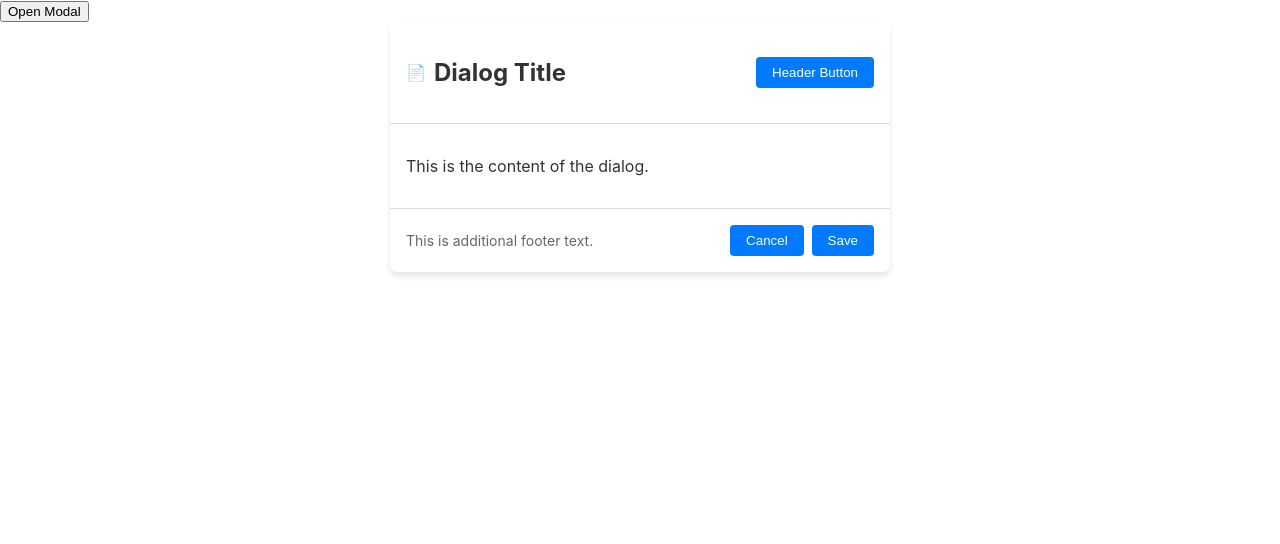
Repository: OliverKostic/dialog-app
Page: /, after clicking the first element matching `button`
The author's editor kept a copy of each file at every save. The page is drawn from the files as they stood at one save, then again after the next save.
The browser window is 1280 px wide. The pictures show the whole page.
The project was rebuilt for these pictures with package versions that can differ from the ones it lists, and the page was loaded fresh each time.

Above is the page before, as saved 2024-11-28 12:07:40.

### src/App.tsx
import React, { useState } from 'react';
import Modal from './components/Modal/Modal';
import Button from './components/Modal/Button';

const App: React.FC = () => {
  const [isOpen, setIsOpen] = useState(false);

  const openModal = () => setIsOpen(true);
  const closeModal = () => setIsOpen(false);

  return (
    <div>
      <button onClick={openModal}>Open Modal</button>
      {isOpen && (
        <Modal
          title="Dialog Title"
          icon={<span>📄</span>}
          headerButtons={[<Button label="Header Button" onClick={() => alert('Header clicked!')} />]}
          footerButtons={[
            <Button label="Cancel" onClick={closeModal} />,
            <Button label="Save" onClick={() => alert('Saved!')} />,
          ]}
          description="This is additional footer text."
        >
          <p>This is the content of the dialog.</p>
        </Modal>
      )}
    </div>
  );
};

export default App;

### src/components/Modal/Modal.tsx
import React from 'react';
import Header from './Header';
import Footer from './Footer';
import Content from './Content';
import styles from './Modal.module.scss';

interface ModalProps {
  title: string;
  icon?: React.ReactNode;
  footerButtons?: React.ReactNode[];
  headerButtons?: React.ReactNode[];
  description?: string;
  children: React.ReactNode;
}

const Modal: React.FC<ModalProps> = ({
  title,
  icon,
  footerButtons,
  headerButtons,
  description,
  children,
}) => {
  return (
    <div className={styles.modal}>
      <Header title={title} icon={icon} buttons={headerButtons} />
      <Content>{children}</Content>
      <Footer buttons={footerButtons} description={description} />
    </div>
  );
};

export default Modal;

### src/components/Modal/Button.tsx
import React from 'react';
import styles from './Modal.module.scss';

interface ButtonProps {
  label: string;
  onClick: () => void;
}

const Button: React.FC<ButtonProps> = ({ label, onClick }) => {
  return (
    <button className={styles.button} onClick={onClick}>
      {label}
    </button>
  );
};

export default Button;

### src/components/Modal/Header.tsx
import React from 'react';
import styles from './Modal.module.scss';

interface HeaderProps {
  title: string;
  icon?: React.ReactNode;
  buttons?: React.ReactNode[];
}

const Header: React.FC<HeaderProps> = ({ title, icon, buttons }) => {
  return (
    <div className={styles.header}>
      {icon && <div className={styles.icon}>{icon}</div>}
      <h2>{title}</h2>
      <div className={styles.buttons}>
        {buttons?.map((button, index) => (
          <span key={index}>{button}</span>
        ))}
      </div>
    </div>
  );
};

export default Header;

### src/components/Modal/Footer.tsx
import React from 'react';
import styles from './Modal.module.scss';

interface FooterProps {
  buttons?: React.ReactNode[];
  description?: string; // Optional descriptive text in the footer
}

const Footer: React.FC<FooterProps> = ({ buttons, description }) => {
  return (
    <div className={styles.footer}>
      {description && <div className={styles.description}>{description}</div>}
      <div className={styles.buttons}>
        {buttons?.map((button, index) => (
          <span key={index}>{button}</span>
        ))}
      </div>
    </div>
  );
};

export default Footer;

### src/components/Modal/Content.tsx
import React from 'react';
import styles from './Modal.module.scss';

interface ContentProps {
  children: React.ReactNode;
}

const Content: React.FC<ContentProps> = ({ children }) => {
  return <div className={styles.content}>{children}</div>;
};

export default Content;

### src/components/Modal/Modal.module.scss
// Variables
$modal-bg: #ffffff;
$modal-shadow: 0 4px 6px rgba(0, 0, 0, 0.1);
$primary-color: #007bff;
$text-color: #333;

// Modal Container
.modal {
  width: 500px;
  margin: 0 auto;
  background-color: $modal-bg;
  border-radius: 8px;
  box-shadow: $modal-shadow;
  overflow: hidden;
  display: flex;
  flex-direction: column;
}

// Header
.header {
  padding: 16px;
  display: flex;
  align-items: center;
  justify-content: space-between;
  border-bottom: 1px solid #ddd;

  .icon {
    margin-right: 8px;
  }

  h2 {
    flex-grow: 1;
    color: $text-color;
  }

  .buttons {
    display: flex;
    gap: 8px;
  }
}

// Content
.content {
  padding: 16px;
  color: $text-color;
}

// Footer
.footer {
    display: flex;
    justify-content: space-between; /* Align description on the left and buttons on the right */
    align-items: center; /* Center the text and buttons vertically */
    padding: 16px;
    border-top: 1px solid #ddd;

    .description {
      font-size: 14px;
      color: #666; /* Optional: Add a lighter color for distinction */
      margin-right: 16px; /* Space between the description and buttons */
    }

    .buttons {
      display: flex;
      gap: 8px; /* Space between buttons */
    }
  }


// Button
.button {
  padding: 8px 16px;
  background-color: $primary-color;
  color: #fff;
  border: none;
  border-radius: 4px;
  cursor: pointer;
  transition: background-color 0.3s;

  &:hover {
    background-color: darken($primary-color, 10%);
  }
}

// Button Group
.buttonGroup {
  display: flex;
  gap: 8px;
}

Loaded but not shown: public/index.html (common file); src/index.tsx (common file); src/index.css (common file); src/reportWebVitals.ts (common file)

After the next save:
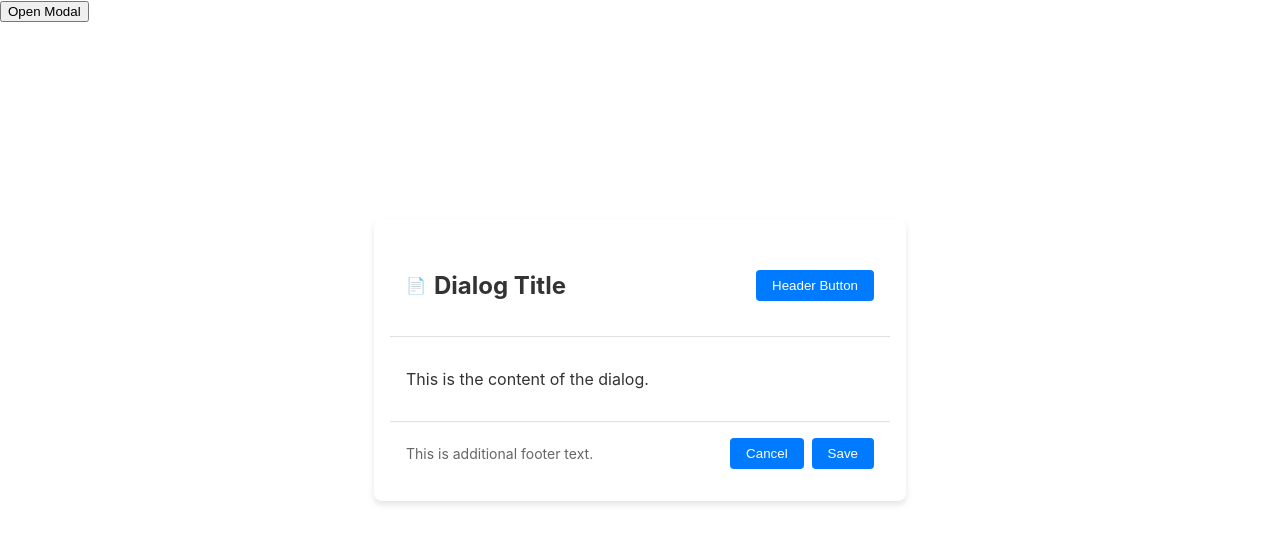
Saved 3 min 1 s later.
--- a/src/components/Modal/Modal.module.scss
+++ b/src/components/Modal/Modal.module.scss
@@ -6,15 +6,20 @@ $text-color: #333;
 
 // Modal Container
 .modal {
-  width: 500px;
-  margin: 0 auto;
-  background-color: $modal-bg;
-  border-radius: 8px;
-  box-shadow: $modal-shadow;
-  overflow: hidden;
-  display: flex;
-  flex-direction: column;
-}
+    position: fixed; /* Ensures the modal stays in place */
+    top: 50%;
+    left: 50%;
+    transform: translate(-50%, -50%); /* Centers the modal */
+    width: 500px; /* Optional: Set width for consistent appearance */
+    background-color: #ffffff;
+    border-radius: 8px;
+    box-shadow: 0 4px 6px rgba(0, 0, 0, 0.1);
+    z-index: 1000; /* Ensures modal is above other elements */
+    padding: 16px;
+    display: flex;
+    flex-direction: column;
+  }
+
 
 // Header
 .header {
